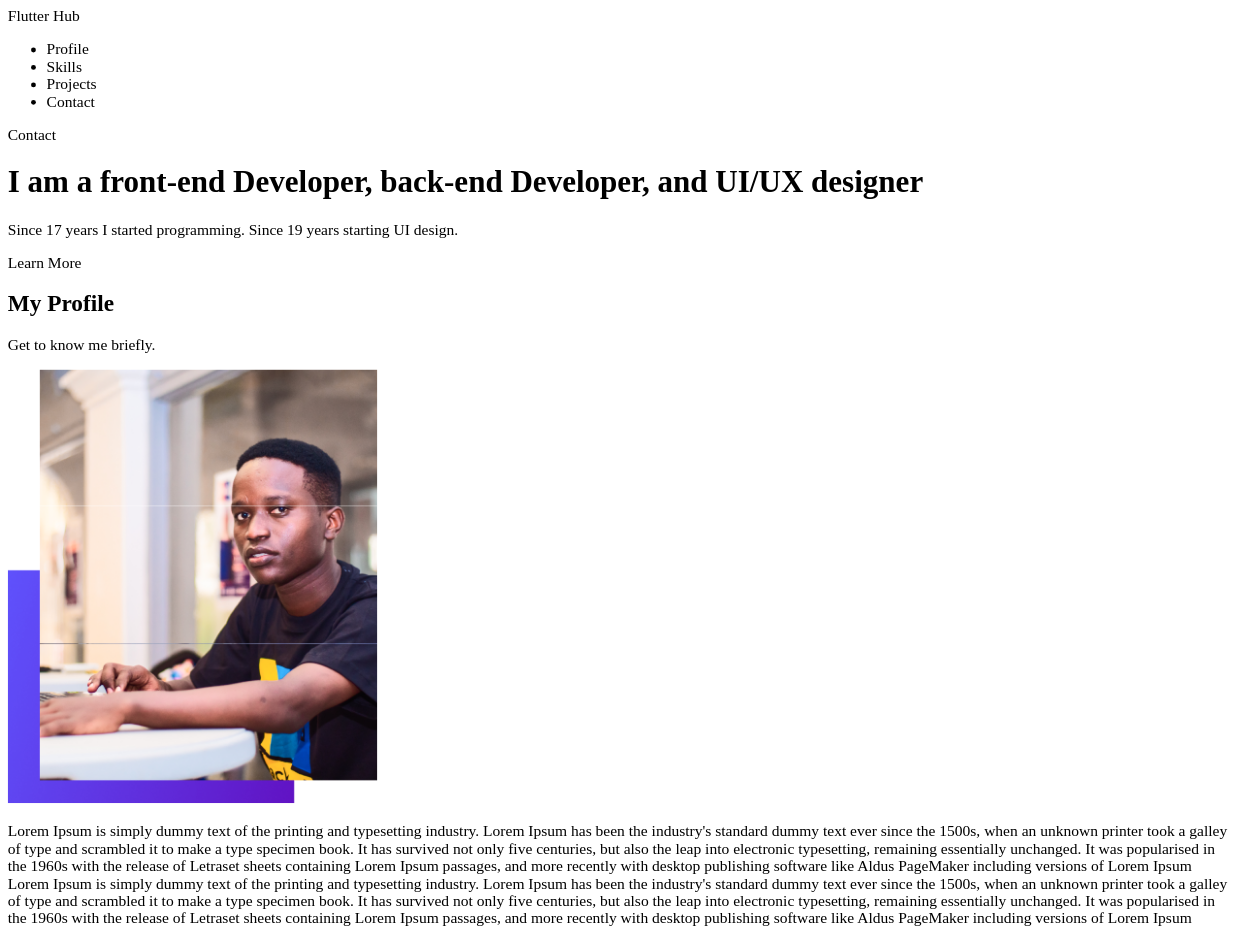
Repository: fhub-1/tutorial
Page: /
The author's editor kept a copy of each file at every save. The page is drawn from the files as they stood at one save, then again after the next save.
The browser window is 1280 px wide. The pictures show the whole page, at 97% of full size.
The project was rebuilt for these pictures with package versions that can differ from the ones it lists, and the page was loaded fresh each time. The framework's server and built-in components were replaced by stand-ins that run in the browser. Also part of the build but not shown: next.config.js.

Above is the page before, as saved 2021-06-22 14:28:25.

After the next save:
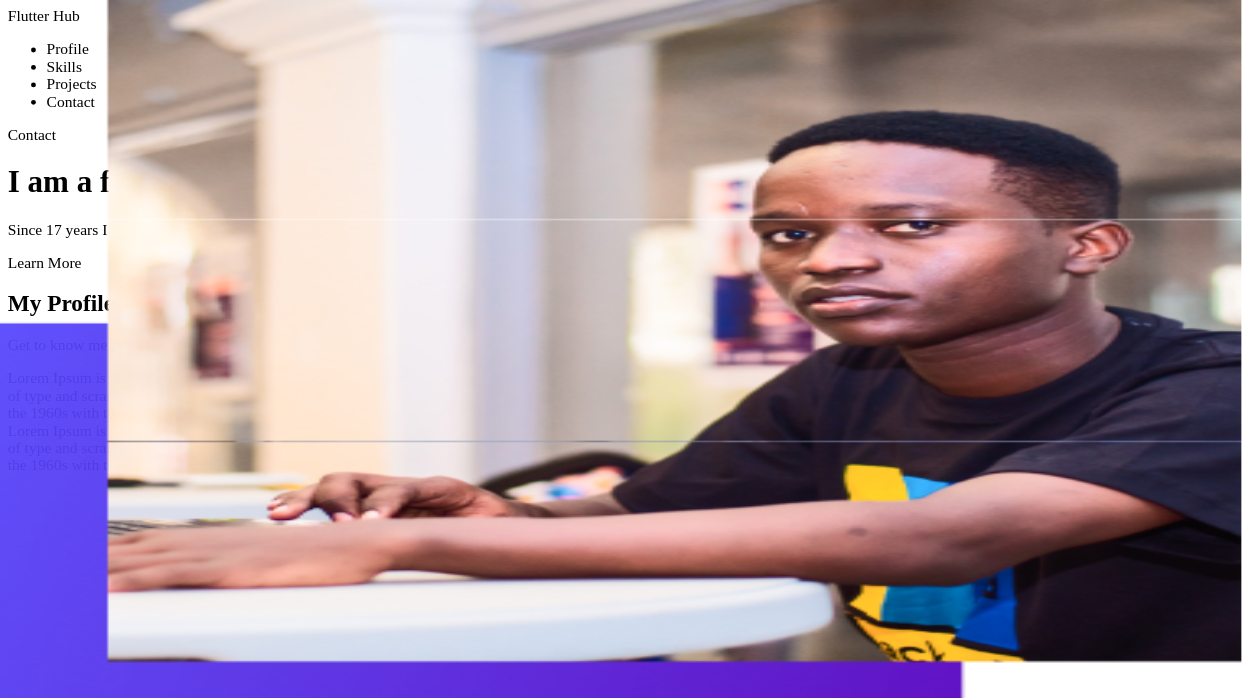
Saved 77 s later.
--- a/pages/index.js
+++ b/pages/index.js
@@ -44,7 +44,7 @@
           <p className="text-center text-gray-400 text-lg mt-2">Get to know me briefly.</p>
           <div className="flex">
             <div className="w-4/12">
-              <Image src={Pro} alt="profile image" className="w-full"/>
+              <Image src={Pro} alt="profile image" layout="fill" />
             </div>
             <div className="w-8/12">
               <p>Lorem Ipsum is simply dummy text of the printing and typesetting industry. Lorem Ipsum has been the industry's standard dummy text ever since the 1500s, when an unknown printer took a galley of type and scrambled it to make a type specimen book. It has survived not only five centuries, but also the leap into electronic typesetting, remaining essentially unchanged. It was popularised in the 1960s with the release of Letraset sheets containing Lorem Ipsum passages, and more recently with desktop publishing software like Aldus PageMaker including versions of Lorem Ipsum

After the save that followed:
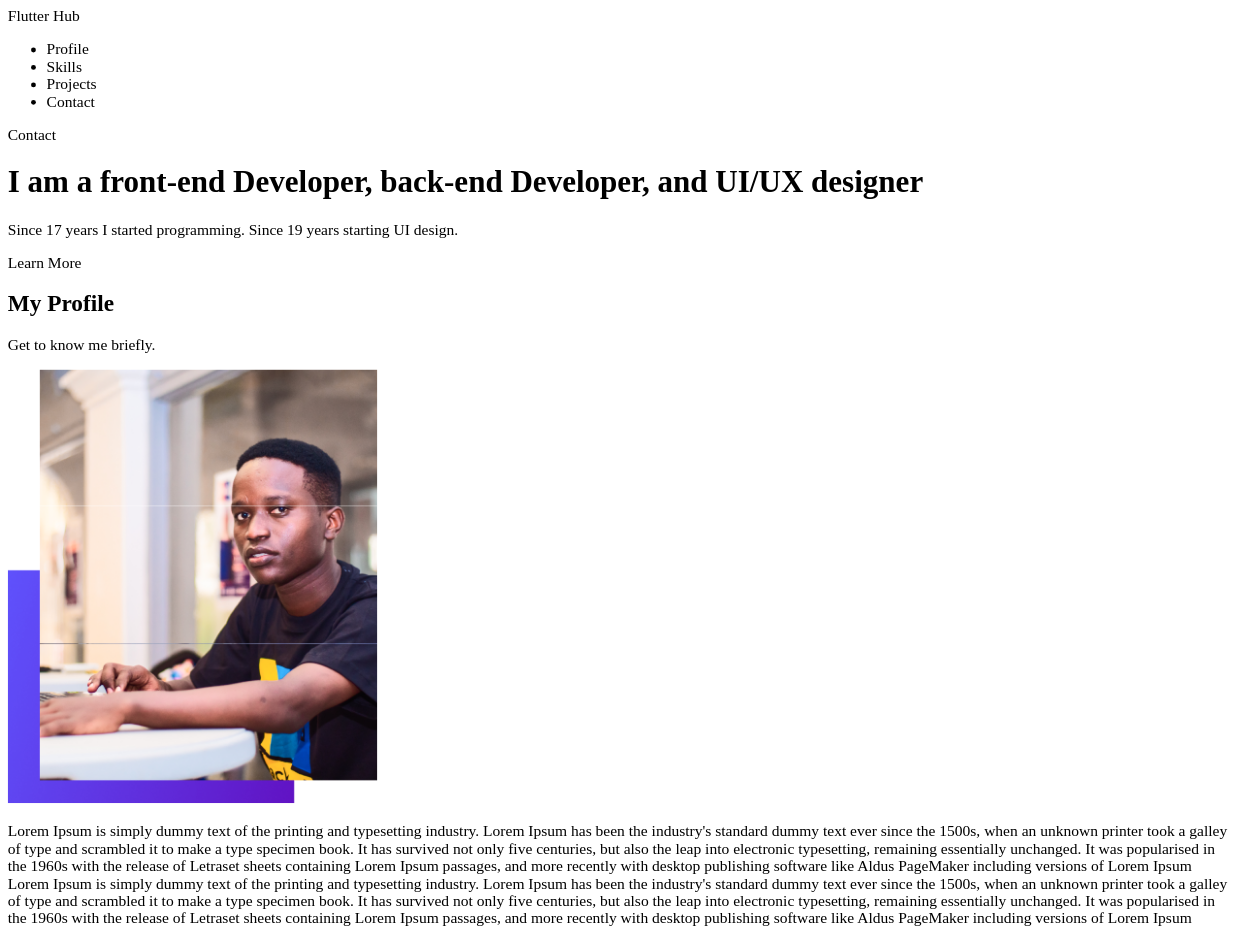
Saved 12 s later.
--- a/pages/index.js
+++ b/pages/index.js
@@ -44,7 +44,7 @@
           <p className="text-center text-gray-400 text-lg mt-2">Get to know me briefly.</p>
           <div className="flex">
             <div className="w-4/12">
-              <Image src={Pro} alt="profile image" layout="fill" />
+              <Image src={Pro} alt="profile image"  />
             </div>
             <div className="w-8/12">
               <p>Lorem Ipsum is simply dummy text of the printing and typesetting industry. Lorem Ipsum has been the industry's standard dummy text ever since the 1500s, when an unknown printer took a galley of type and scrambled it to make a type specimen book. It has survived not only five centuries, but also the leap into electronic typesetting, remaining essentially unchanged. It was popularised in the 1960s with the release of Letraset sheets containing Lorem Ipsum passages, and more recently with desktop publishing software like Aldus PageMaker including versions of Lorem Ipsum
